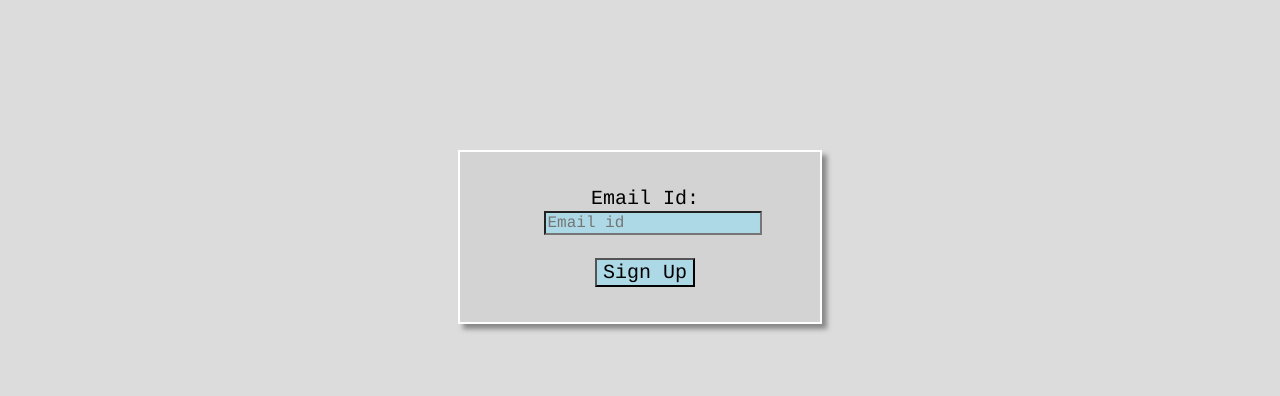
Repository: bl-sid/Bridgelabz
Page: Cookie/WebContent/index.html
The author's editor kept a copy of each file at every save. The page is drawn from the files as they stood at one save, then again after the next save.
The browser window is 1280 px wide. The pictures show the whole page.

Above is the page before, as saved 2017-08-23 13:01:11.

After the next save:
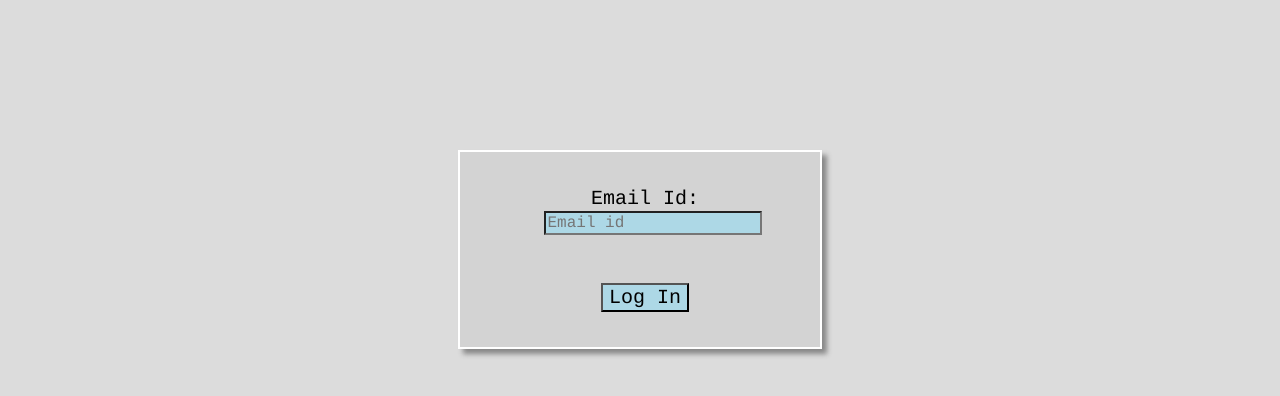
Saved 34 s later.
--- a/Cookie/WebContent/index.html
+++ b/Cookie/WebContent/index.html
@@ -81,9 +81,7 @@ form {
 		Email Id: <input type="email" name="email" class="myid" id="emailid"
 			placeholder="Email id">
 		<br> <br>
-
-
-		<Button formaction="SignUp.html" id="signid">Sign Up</Button>
+		<input type="submit" name="submit" value="Log In" class="myid" id="submitid">
 
 	</form>
 
